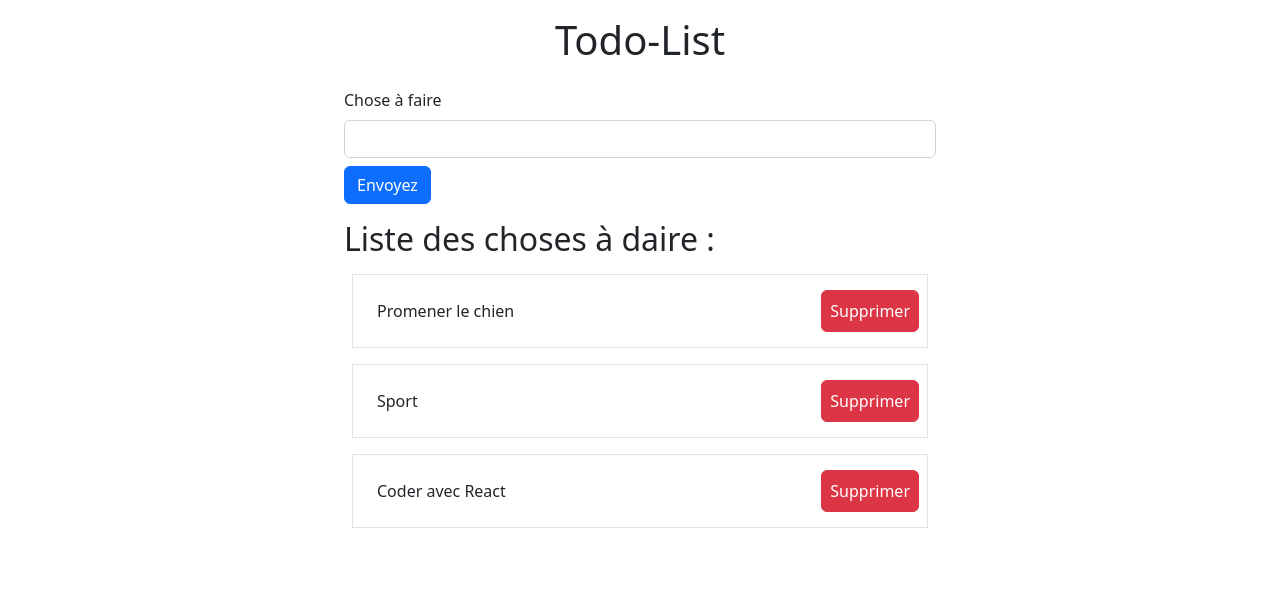
Repository: Michelhof1978/toDoListReact
Page: / (app in APPLICATION/)
The author's editor kept a copy of each file at every save. The page is drawn from the files as they stood at one save, then again after the next save.
The browser window is 1280 px wide. The pictures show the whole page.
The project was rebuilt for these pictures with package versions that can differ from the ones it lists, and the page was loaded fresh each time.

Above is the page before, as saved 2023-05-17 16:43:31.

### APPLICATION/src/index.css
*, ::before, ::after {
  box-sizing: border-box;
  margin: 0;
  padding: 0;
}

body {
  background: #222;
  color: #f1f1f1;
  font-family: Arial, Helvetica, sans-serif;
}

.box {
  width: 200px;
  height: 200px;
  background: salmon;
  margin: 30px;
  transition: all ease-in-out 0.4s;
}
.animated {
  background: lightblue;
  transform: scale(1.3);
}

### APPLICATION/src/App.js
import '../node_modules/bootstrap/dist/css/bootstrap.min.css'
import Form from './Components/Form'

function App() {

  return (
    <div className="App">
        <h1 className="text-center mt-3">Todo-List</h1>
        <Form /> {/* On affiche le composant form */}

    </div>
  );
}

export default App;

### APPLICATION/src/Components/Form.js
import {useState} from 'react'
import Item from './Item'
import { v4 as uuidv4 } from 'uuid'//Importation uuid pour pouvoir bien indexer correctement les Items avec en plus la sécurité
// -------------------------------------------------------------------------------------------------------------------------
export default function Form(){

    //State
    const [dataArray, setDataArray] = useState([//Création du state sous forme de tableau
        {txt: "Promener le chien" , id: uuidv4()}, //On execute uuid pour que les items par la suite soient bien indexés et avoir un Id unique
        {txt: "Sport" , id: uuidv4()},//L'Id unique sera sous forme '9b1deb4d-3b7d-4bad-9bdd-2b0d7b3dcb6d'
        {txt: "Coder avec React" , id: uuidv4()},
    ])

    // -------------------------------------------------------------------------------------------------------------------------

    //Création d'un nouveau state vide pour ajout éléments
    const [newStateInput, setNewStateInput] = useState();//On peut créer autant de fois de states que l on veut

    // -------------------------------------------------------------------------------------------------------------------------

    //Suppression des Items
    const supElement = id => {//On passe cette fonction en props
        // console.log(id);

        const filteredState = dataArray.filter(item => {//dataArr.filter => méthode pour filtrer un tableau, filter retourne un nouveau tableau
            return item.id !== id;//On retourne un nouveau tableau avec les id d item différents des id qu on aura cliqué
        })
        setDataArray(filteredState)// On actualise l ancien state et on le remets à jour avec un nouveau state, cela va remettre à jour le state avec ce qui reste en Items, lors du clic sur boutton pour supprimer, l item va disparaître
    }
    // -------------------------------------------------------------------------------------------------------------------------

    //Ajout élément lors du clic sur bouton envoyer
    const addTodoList = e => {
        e.preventDefault();//Pour éviter que le formulaire se mette à jour à chaque fois que l on valide le formulaire, preventDefault() s utilise uniquement qu avec des événements
        const newArray = [...dataArray] //On a creé un nouveau tableau avec tous les objects à l intérieur car, on ne peut pas recopier un tableau ou un object existant donc on va toujours utiliser le spread operator qui va récuperer tous les éléments de dataArr

        const newTodoList = {};//On crée un nouvel object
        newTodoList.txt = newStateInput;//On lui ajoute une propriété txt au nouvel object
        newTodoList.id = uuidv4();//On lui ajoute un id unique comme pour les anciens Items

        newArray.push(newTodoList);//On push le nouvel object ds le tableau que l on a recopié
        setDataArray(newArray);//On change le state avec les nouvelles données que l on aura donné ds le champ de formulaire

        setNewStateInput('')//On remets l input du formulaire à zéro lors du clic envoyer pour une meilleure expérience utilisateurs
    }

    const linkedInput = e => {
        setNewStateInput(e);

    }

// -------------------------------------------------------------------------------------------------------------------------
    return (

        <div className="m-auto px-4 col-12 col-sm-10 col-lg-6">

<form onSubmit={e => addTodoList(e)} className="mb-3">
                <label htmlFor="todo" className="form-label mt-3">Chose à faire</label>
                <input
                value={newStateInput}
                onChange={e => linkedInput(e.target.value)}
                type="text"
                className="form-control"
                id="todo"/>

                <button className="mt-2 btn btn-primary d-block">Envoyez</button>
            </form>

            <h2>Liste des choses à daire : </h2>
            <ul className="list-group"> {/*On retourne une liste avec les Items grâce à la classe list-group de bootstrap */}
                {dataArray.map(item => {// map va retourner un nouveau tableau ,item est un paramètre de la fonction de rappel utilisée dans la méthode map()
                    return (
                        <Item //On insère les items qui sont des li ds le ul
                        txt={item.txt}
                        key={item.id}//Une clé différente pour chaque élément item (uniquement pour react)
                        id={item.id}//Id unique grâce à uuid
                        supItem={supElement}
                        />
                    )
                })}
            </ul>
        </div>

    )
}

### APPLICATION/src/Components/Item.js

export default function Item(props) {


    return (
        <li className="border d-flex justify-content-between align-items-center  p-2 m-2">

            <div className="p-3">{props.txt}</div>

            <button className="btn btn-danger p-2 h-50"
             onClick={() => props.supItem(props.id)}
             // Evenement lors du clic , Dés qu on a des arguments à passer, on passe par une fonction anonyme
             // On va pouvoir supprimer l Id ciblé que l on souhaite grâce à la fonction supElement déclarer en props supItem
           >Supprimer
           </button>

        </li>
    )
}

Loaded but not shown: APPLICATION/public/index.html (common file); APPLICATION/src/index.js (common file)

After the next save:
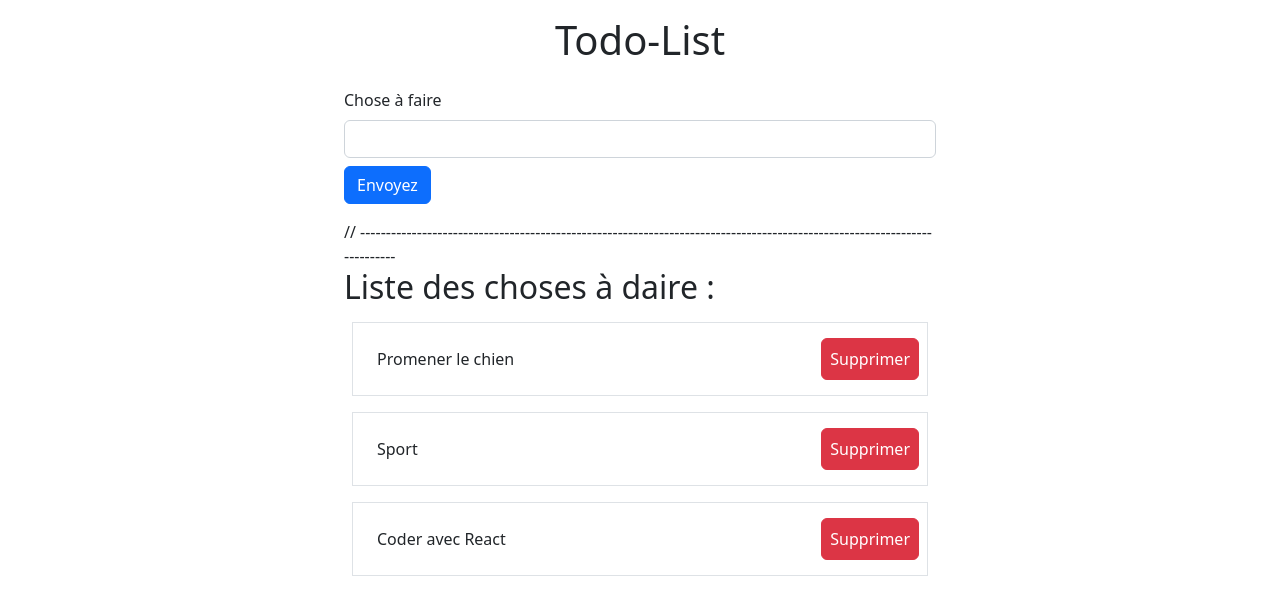
Saved 6 s later.
--- a/APPLICATION/src/Components/Form.js
+++ b/APPLICATION/src/Components/Form.js
@@ -65,7 +65,7 @@ export default function Form(){
 
                 <button className="mt-2 btn btn-primary d-block">Envoyez</button>
             </form>
-
+            // -------------------------------------------------------------------------------------------------------------------------
             <h2>Liste des choses à daire : </h2>
             <ul className="list-group"> {/*On retourne une liste avec les Items grâce à la classe list-group de bootstrap */}
                 {dataArray.map(item => {// map va retourner un nouveau tableau ,item est un paramètre de la fonction de rappel utilisée dans la méthode map()
